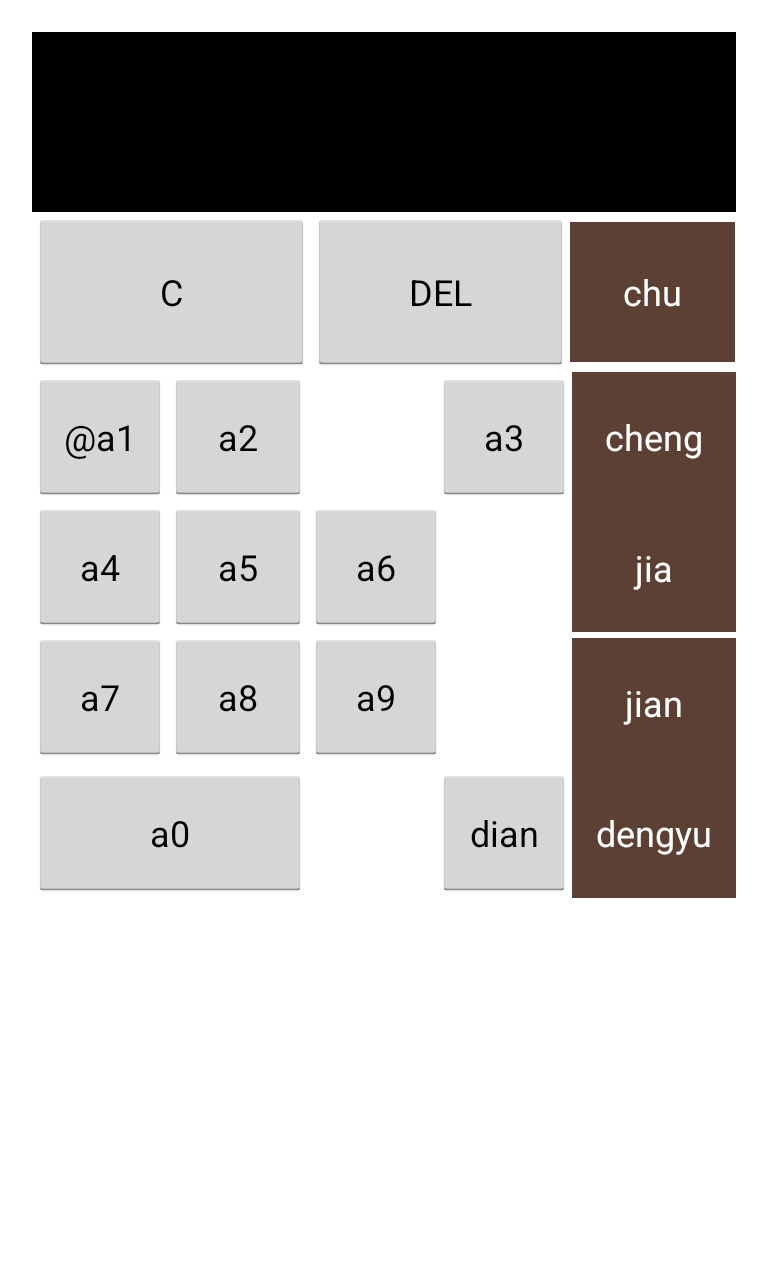
Repository: A207/guanjingjing
Layout: day7/calculator/res/layout/activity_main.xml
An editor plug-in stored every save of this project. The layout is shown before and after the next save, followed by the edit.
It is drawn on a 768 x 1280 px phone screen (xhdpi) without system bars, with theme AppTheme; the app's code is not run.

Above is the layout before, as saved 2015-07-13 02:42:17.

### day7/calculator/res/layout/activity_main.xml
<RelativeLayout xmlns:android="http://schemas.android.com/apk/res/android"
    xmlns:tools="http://schemas.android.com/tools"
    android:layout_width="match_parent"
    android:layout_height="match_parent"
    android:paddingBottom="@dimen/activity_vertical_margin"
    android:paddingLeft="@dimen/activity_horizontal_margin"
    android:paddingRight="@dimen/activity_horizontal_margin"
    android:paddingTop="@dimen/activity_vertical_margin"
    tools:context=".MainActivity" >


    <EditText
        android:id="@+id/text"
        android:gravity="right"
        android:textSize="60sp"
        android:layout_width="214dp"
        android:layout_height="90dp"
        android:singleLine="true"
        android:layout_alignParentLeft="true"
        android:layout_alignParentRight="true"
        android:background="#000000"
        android:textColor="#FFFFFF" />

    <LinearLayout
        android:id="@+id/linearLayout0"
        android:layout_width="match_parent"
        android:layout_height="80dp"
        android:layout_alignLeft="@+id/text"
        android:layout_below="@+id/text" >

        <Button
            android:id="@+id/C"
            android:layout_width="92dp"
            android:layout_height="match_parent"
            android:layout_weight="1.15"
            android:text="C" />

        <Button
            android:id="@+id/DEL"
            android:layout_width="97dp"
            android:layout_height="match_parent"
            android:layout_weight="0.78"
            android:text="DEL" />

        <Button
            android:id="@+id/chu"
            android:layout_width="80dp"
            android:layout_height="70dp"
            android:layout_weight="0.07"
            android:background="#5C4033"
            android:text="chu"
            android:textColor="#FFFFFF" />
    </LinearLayout>

    <LinearLayout
        android:id="@+id/linearLayout1"
        android:layout_width="82dp"
        android:layout_height="65dp"
        android:layout_alignRight="@+id/linearLayout0"
        android:layout_below="@+id/linearLayout0" >

        <Button
            android:id="@+id/cheng"
            android:layout_width="match_parent"
            android:layout_height="match_parent"
            android:background="#5C4033"
            android:text="cheng"
            android:textColor="#FFFFFF" />
    </LinearLayout>

    <LinearLayout
        android:id="@+id/linearLayout3"
        android:layout_width="82dp"
        android:layout_height="65dp"
        android:layout_alignRight="@+id/linearLayout1"
        android:layout_below="@+id/linearLayout1"
        android:layout_marginTop="68dp" >

        <Button
            android:id="@+id/jian"
            android:layout_width="match_parent"
            android:layout_height="match_parent"
            android:background="#5C4033"
            android:text="jian"
            android:textColor="#FFFFFF" />

    </LinearLayout>

    <LinearLayout
        android:id="@+id/linearLayout2"
        android:layout_width="82dp"
        android:layout_height="65dp"
        android:layout_alignLeft="@+id/linearLayout3"
        android:layout_below="@+id/linearLayout1" >

        <Button
            android:id="@+id/jia"
            android:layout_width="match_parent"
            android:layout_height="66dp"
            android:background="#5C4033"
            android:text="jia"
            android:textColor="#FFFFFF" />

    </LinearLayout>

    <Button
        android:id="@+id/dengyu"
        android:layout_width="82dp"
        android:layout_height="65dp"
        android:layout_alignParentRight="true"
        android:layout_below="@+id/linearLayout3"
        android:background="#5C4033"
        android:textColor="#FFFFFF"
        android:text="dengyu"/>

         <Button
             android:id="@+id/b1"
             android:layout_width="68dp"
             android:layout_height="65dp"
             android:layout_alignLeft="@+id/linearLayout0"
             android:layout_below="@+id/linearLayout0"
             android:text="@a1" />

         <Button
             android:id="@+id/b3"
             android:layout_width="68dp"
             android:layout_height="65dp"
             android:layout_alignBottom="@+id/b2"
             android:layout_below="@+id/linearLayout0"
             android:layout_toLeftOf="@+id/linearLayout1"
             android:text="a3" />

         <Button
             android:id="@+id/b2"
             android:layout_width="70dp"
             android:layout_height="65dp"
             android:layout_below="@+id/linearLayout0"
             android:layout_toRightOf="@+id/b1"
             android:text="a2" />

         <Button
             android:id="@+id/b4"
             android:layout_width="68dp"
             android:layout_height="65dp"
             android:layout_alignLeft="@+id/b1"
             android:layout_alignTop="@+id/linearLayout2"
             android:text="a4" />

         <Button
             android:id="@+id/b5"
             android:layout_width="70dp"
             android:layout_height="65dp"
             android:layout_below="@+id/b1"
             android:layout_toRightOf="@+id/b1"
             android:text="a5" />

         <Button
             android:id="@+id/b6"
             android:layout_width="68dp"
             android:layout_height="65dp"
             android:layout_above="@+id/b7"
             android:layout_toRightOf="@+id/b5"
             android:text="a6" />

         <Button
             android:id="@+id/b7"
             android:layout_width="68dp"
             android:layout_height="65dp"
             android:layout_alignLeft="@+id/b4"
             android:layout_below="@+id/b4"
             android:text="a7" />

         <Button
             android:id="@+id/b8"
             android:layout_width="68dp"
             android:layout_height="65dp"
             android:layout_below="@+id/b4"
             android:layout_toLeftOf="@+id/b9"
             android:layout_toRightOf="@+id/b4"
             android:text="a8" />

         <Button
             android:id="@+id/b9"
             android:layout_width="68dp"
             android:layout_height="65dp"
             android:layout_below="@+id/b5"
             android:layout_toRightOf="@+id/b5"
             android:text="a9" />

         <Button
             android:id="@+id/dian"
             android:layout_width="68dp"
             android:layout_height="65dp"
             android:layout_alignBottom="@+id/dengyu"
             android:layout_toLeftOf="@+id/linearLayout3"
             android:text="dian" />

         <Button
             android:id="@+id/b0"
             android:layout_width="68dp"
             android:layout_height="65dp"
             android:layout_alignBottom="@+id/dian"
             android:layout_alignLeft="@+id/b7"
             android:layout_alignRight="@+id/b8"
             android:layout_alignTop="@+id/dian"
             android:text="a0" />

</RelativeLayout>

Loaded but not shown: day7/calculator/res/values/styles.xml (common file); day7/calculator/res/values-v11/styles.xml (common file); day7/calculator/res/values-v14/styles.xml (common file); day7/calculator/res/values/dimens.xml (common file); day7/calculator/res/values-w820dp/dimens.xml (common file)

After the next save:
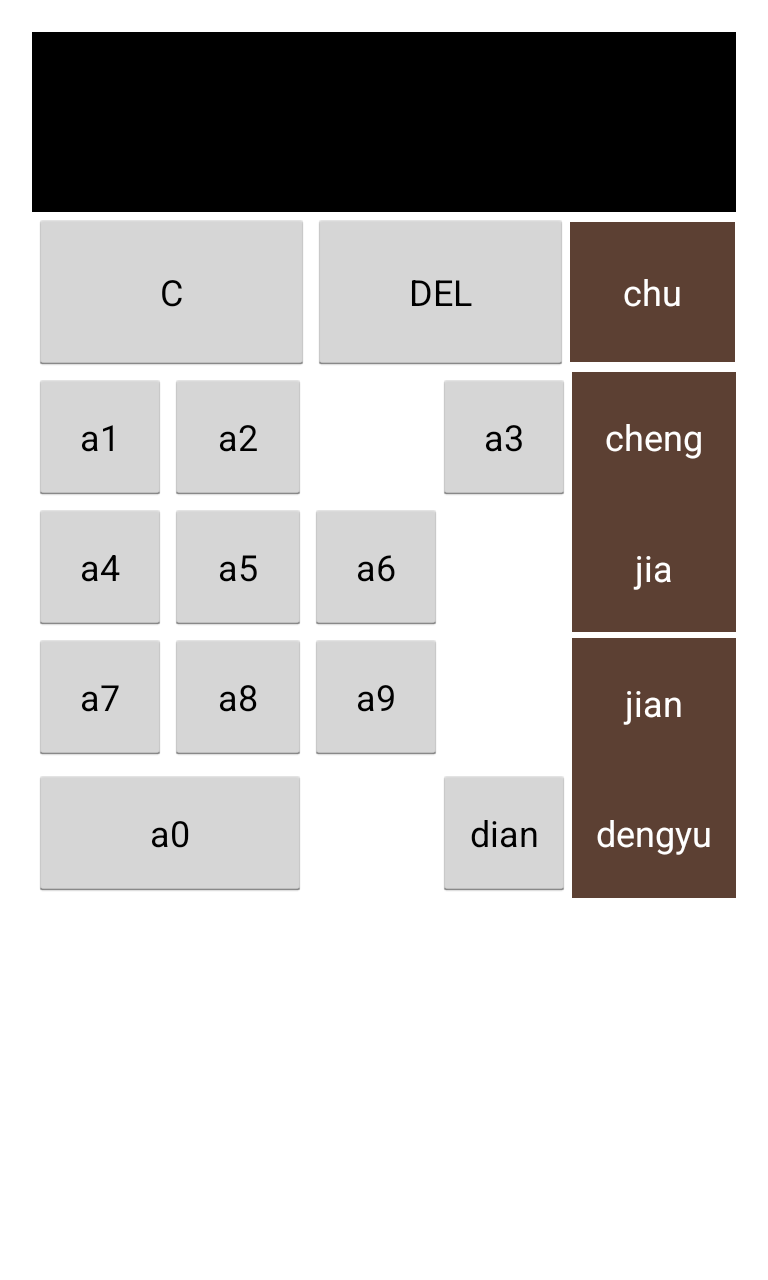
Saved 18 s later.
--- a/day7/calculator/res/layout/activity_main.xml
+++ b/day7/calculator/res/layout/activity_main.xml
@@ -119,7 +119,7 @@
              android:layout_height="65dp"
              android:layout_alignLeft="@+id/linearLayout0"
              android:layout_below="@+id/linearLayout0"
-             android:text="@a1" />
+             android:text="a1" />
 
          <Button
              android:id="@+id/b3"
